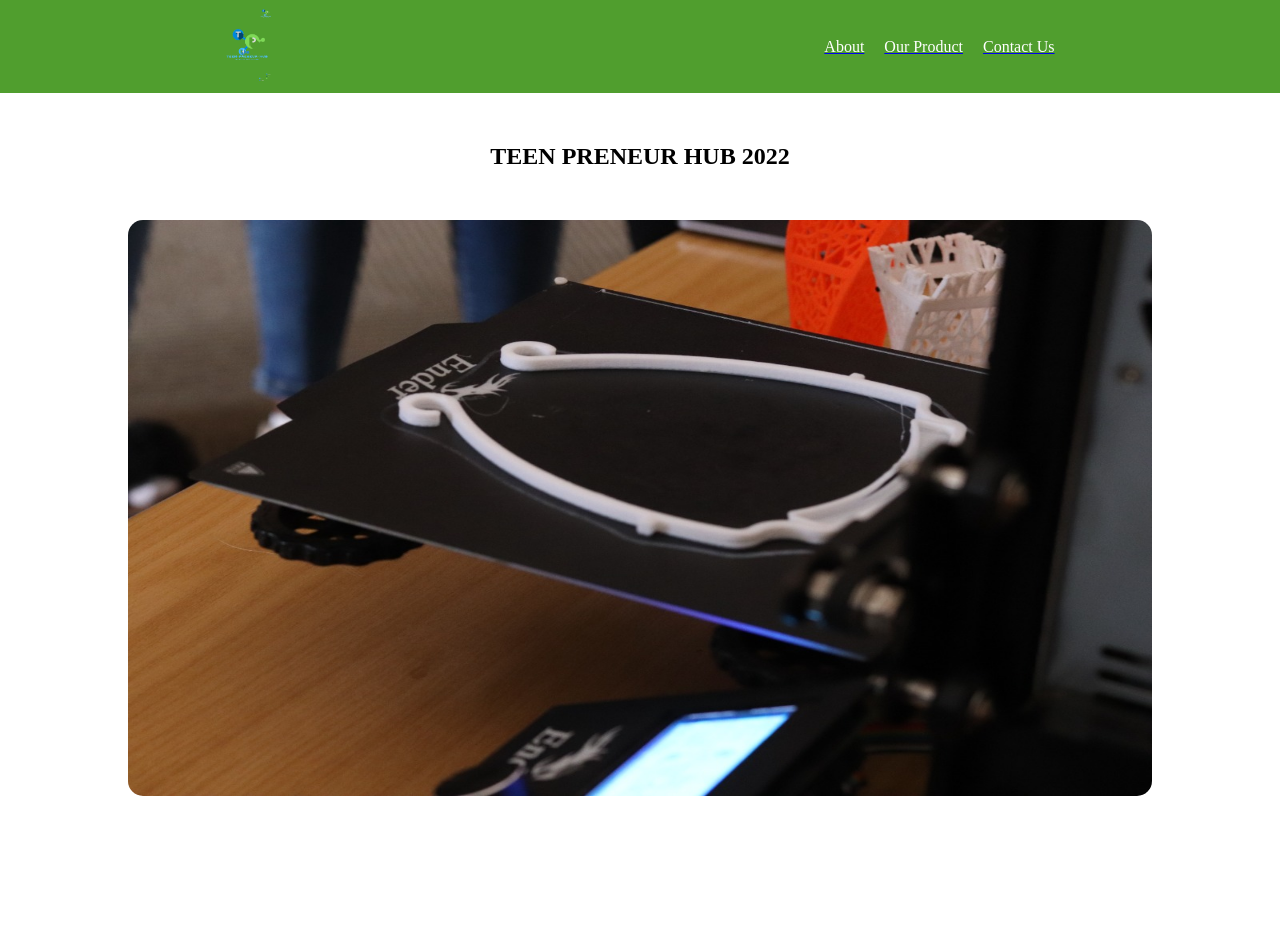
Repository: chadrackkyungu/4-BCT-TPH-Website
Page: index.html
The author's editor kept a copy of each file at every save. The page is drawn from the files as they stood at one save, then again after the next save.
The browser window is 1280 px wide. The pictures show the part of the page from y = 0 to 952 px (the page is 2781 px tall).
A picture or video elsewhere on the page could not be fetched, so the positions and the page height are approximate.

Above is the page before, as saved 2022-10-21 09:13:54.

### index.html
<!DOCTYPE html>
<html lang="en">

<head>
    <meta charset="UTF-8">
    <meta http-equiv="X-UA-Compatible" content="IE=edge">
    <meta name="viewport" content="width=device-width, initial-scale=1.0">
    <title> TPH LAB </title>
    <link rel="stylesheet" href="/src/css/style.css">
</head>

<body>

    <div class="navigation">
        <div class="logocontainer">
            <img class="image1" src="./src/images/logo.png" alt="">
        </div>

        <ul class="nav-link">
            <a href="#about">
                <li>About</li>
            </a>
            <a href="#product">
                <li>Our Product</li>
            </a>
            <a href="#contact">
                <li>Contact Us</li>
            </a>
        </ul>
    </div>

    <div class="section1">
        <h2 class="title"> TEEN PRENEUR HUB 2022</h2>

        <div class="image-container">
            <img src="./src/images/img-1.jpeg" alt="">
        </div>
    </div>

    <div class="section1">
        <a id="about">
            <h2 class="title"> About Us</h2>
        </a>

        <div class="aboutcontainer">
            <div class="image-container">
                <img src="./imagine.jpg" alt="">
            </div>


            <div class="contentcontainer">
                <h2>The Teenpreneur Hub</h2>

                <p>The Teenpreneur Hub is a teenage-based organisation with students that are built by the future. We aim to impact lives while making money. We do this through skills based learning in the disciplines of Technology, where we learn to create
                    websites such as this one that was created by the students of the Technology Hub, Media where we learn about photography and produce quality photos such as the ones posted on this webpage as well as Arts where we learn to do Graphic
                    Designing of Business Logos such as our Teenpreneur Hub logo.</p>

                <h2>Q-Leds</h2>

                <p>Q-Leds is a teenage-based business that was started by the students of the TeenPreneur Hub as part of their Entrepreneurial learning. Q-Leds is a project that was started to solve the problem of load shedding that is currently plaguing
                    the country. Q-Leds is a light system that helps young people overcome the current load shedding problem by giving them a source of light to study at night. It also features a charging port and speakers as well as a holographic feature
                    which is our unique selling feature of the Q-Leds lighting system. It is built by the youth for the youth.
                </p>


            </div>

        </div>
    </div>

    <div class="section1">
        <a id="product">
            <h2 class="title">Our Product</h2>
        </a>


        <div class="productcontainer">
            <div class="prductimagecontainer">
                <img src="./imagine.jpg" alt="">
            </div>
            <div class="prductimagecontainer">
                <img src="./imagine.jpg" alt="">
            </div>
            <div class="prductimagecontainer">
                <img src="./imagine.jpg" alt="">
            </div>
            <div class="prductimagecontainer">
                <img src="./imagine.jpg" alt="">
            </div>
            <div class="prductimagecontainer">
                <img src="./imagine.jpg" alt="">
            </div>
            <div class="prductimagecontainer">
                <img src="./imagine.jpg" alt="">
            </div>

        </div>
    </div>

    <div class="section1">
        <a id="contact">
            <h2 class="title"> Contact Us</h2>
        </a>

        <div class="contactcontainer">
            <div class="contactcontent">
                <P>Address: 52 Fife Avenue, Berea, Johannesburg, 2198</P>
                <p>Contact us on: 063 397 3539</p>
                <p>Email us on: mashudu@teenagers.org.za</p>
                <p><a href="https://teenagers.org.za/" target=" "> Website: www.teenagers.org.za </a></p>
                <p>Facebook: Teenagers Empowerment Program</p>
                <p>Instagram: @teenagersza</p>
            </div>
        </div>
    </div>

    <div class="nav-link"> </div>
</body>
<html>

### src/css/style.css
html,
body {
    box-sizing: 0;
    margin: 0;
    padding: 0;
}


/* NAVBAR */

.navigation {
    background-color: #509e2e;
    display: flex;
    justify-content: space-around;
    align-items: center;
}

.image1 {
    width: 100px;
}

.nav-link {
    display: flex;
}

.nav-link li {
    list-style-type: none;
    padding: 10px;
    color: white;
}


/* SECTION 1 */

.section1 {
    width: 80%;
    margin: 0 auto;
}

img {
    border-radius: 15px;
}

.title {
    text-align: center;
    margin-bottom: 50px;
    margin-top: 50px;
}

.image-container {
    width: 100%;
    height: 100vh;
}

.image-container img {
    width: 100%;
    height: 80% !important;
}

.aboutcontainer {
    display: flex;
    justify-content: space-around;
    align-items: center;
}

.contentcontainer {
    margin-left: 60px;
}

.productcontainer {
    display: grid;
    grid-template-columns: 1fr 1fr 1fr;
    gap: 20px;
}

.prductimagecontainer {
    width: 100%;
}

.prductimagecontainer img {
    width: 100%;
}

.contactcontainer {
    display: flex;
    justify-content: center;
    align-items: center;
}

.contactcontent {
    margin: auto 0;
    text-align: center;
}

.logocontainer {
    width: 10%;
}

.logocontainer img {
    width: 50%;
    border-radius: 100%;
}

After the next save:
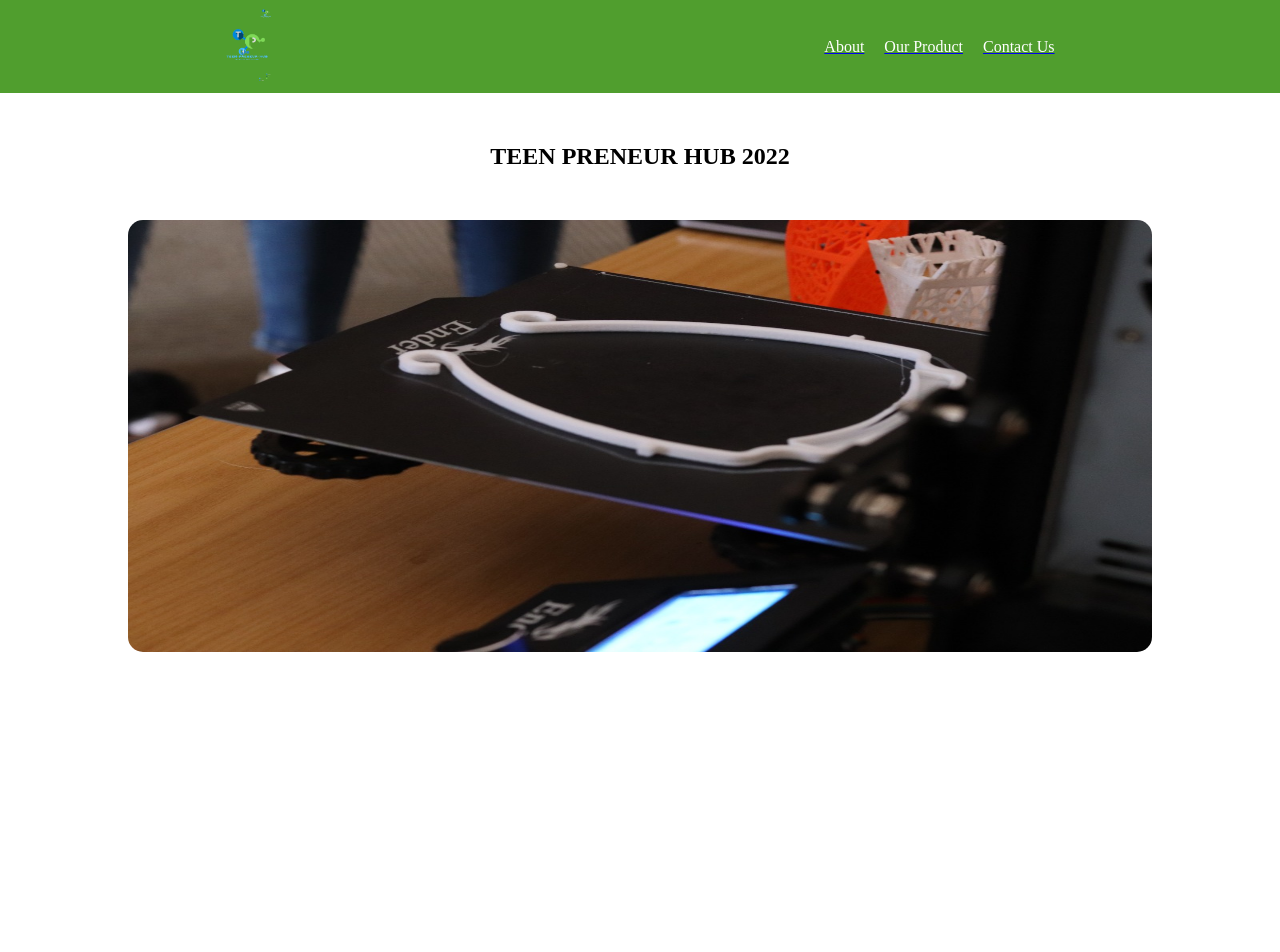
Saved 4 s later.
--- a/src/css/style.css
+++ b/src/css/style.css
@@ -54,7 +54,7 @@
 
 .image-container img {
     width: 100%;
-    height: 80% !important;
+    height: 60% !important;
 }
 
 .aboutcontainer {
